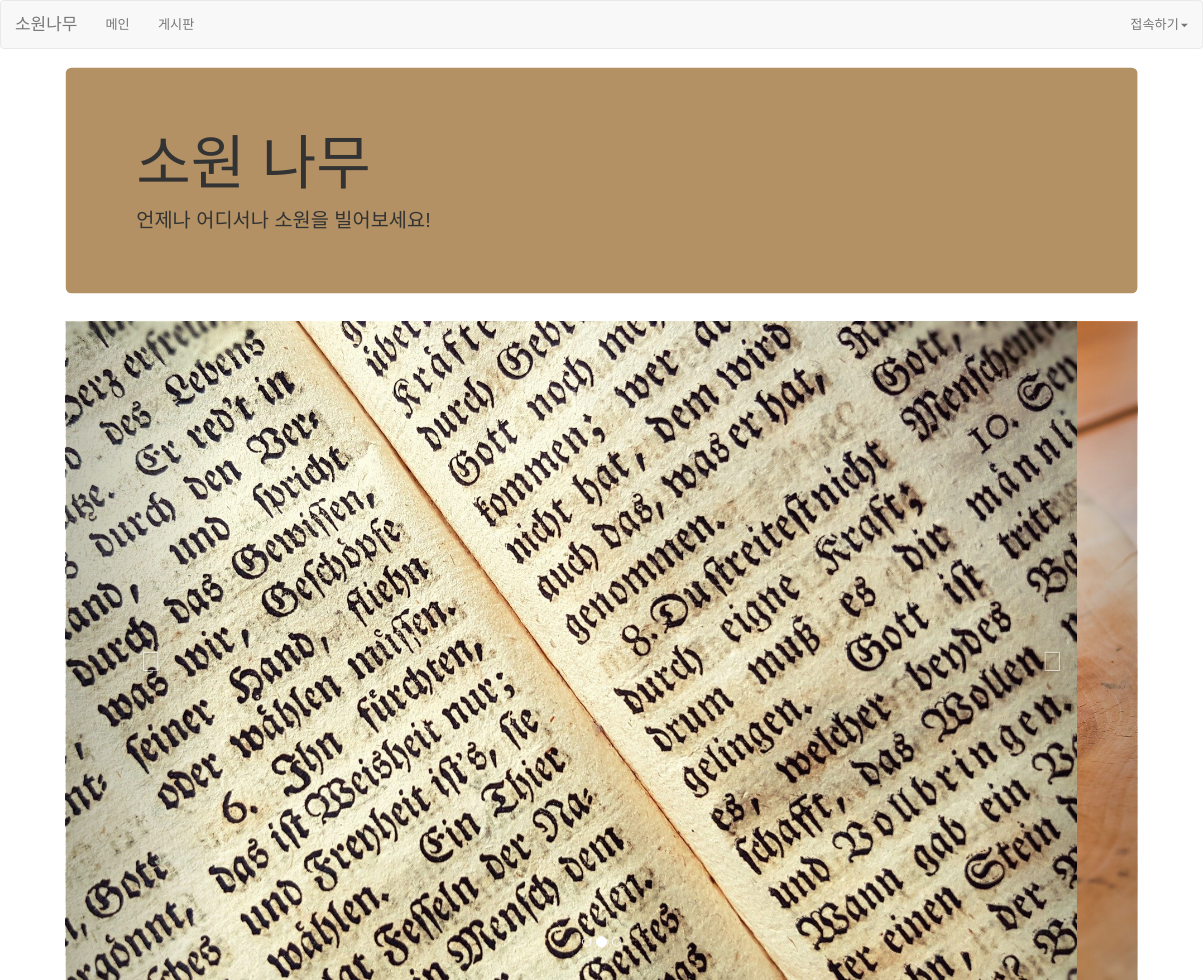
Repository: jongah/WishTree
Page: http://localhost/text/main.jsp
The author's editor kept a copy of each file at every save. The page is drawn from the files as they stood at one save, then again after the next save.
The browser window is 1280 px wide. The pictures show the whole page, at 94% of full size.
Some web fonts or font styles are not loaded; a fallback is used. Some web libraries are served in a nearby version. The page is served by Tomcat 9. Other server files are loaded and not shown.

Above is the page before, as saved 2021-05-05 14:43:21.

### text/WebContent/main.jsp
<%@ page language="java" contentType="text/html; charset=UTF-8"
	pageEncoding="UTF-8"%>
<!DOCTYPE html>
<html>
<head>
<meta charset="UTF-8">
<meta name="viewport" content="width=device-width" initial-scale="1" />
<link rel="stylesheet" href="css/bootstrap.css">
<link rel="stylesheet" href="css/custom.css">
<title>소원나무</title>
</head>
<body>
	<%
		String userID = null;
		// 로그인이 되어있으면 세션에 값이 있을 것이다.
		if (session.getAttribute("userID") != null) {
			userID = (String) session.getAttribute("userID");
		}
	%>
	<nav class="navbar navbar-default">
		<div class="navbar-header">
			<button type="button" class="navbar-toggle collapsed"
				data-toggle="collapse" data-target="#bs-example-navbar-collapse-1"
				aria-expanded="false">
				<span class="icon-bar"></span> <span class="icon-bar"></span> <span
					class="icon-bar"></span>
			</button>
			<a href="main.jsp" class="navbar-brand">소원나무</a>
		</div>
		<div class="collapse navbar-collapse"
			id="bs-example-navbar-collapse-1">
			<ul class="nav navbar-nav">
				<li><a href="main.jsp">메인</a></li>
				<li><a href="bbs.jsp">게시판</a></li>
			</ul>
			<%
				if (userID == null) {
			%>
			<ul class="nav navbar-nav navbar-right">
				<li class="dropdown"><a href="#" class="dropdown-toggle"
					data-toggle="dropdown" role="button" aria-haspopup="true"
					aria-expanded="false">접속하기<span class="caret"></span></a>
					<ul class="dropdown-menu">
						<li><a href="login.jsp">로그인</a></li>
						<li><a href="join.jsp">회원가입</a></li>
					</ul></li>
			</ul>
			<%
				} else {
			%>
			<ul class="nav navbar-nav navbar-right">
				<li class="dropdown"><a href="#" class="dropdown-toggle"
					data-toggle="dropdown" role="button" aria-haspopup="true"
					aria-expanded="false">회원관리<span class="caret"></span></a>
					<ul class="dropdown-menu">
						<li><a href="logoutAction.jsp">로그아웃</a></li>
					</ul></li>
			</ul>
			<%
				}
			%>
		</div>
	</nav>

	<div class="container">
		<div class="jumbotron">
			<div class="container">
				<h1>소원 나무</h1>
				<p>언제나 어디서나 소원을 빌어보세요!</p>
			</div>
		</div>
	</div>

	<div class="container">
		<div id="myCarousel" class="carousel slide" data-ride="carousel">
			<ol class="carousel-indicators">
				<li data-target="#myCarousel" data-slide-to="0" class="active"></li>
				<li data-target="#myCarousel" data-slide-to="1"></li>
				<li data-target="#myCarousel" data-slide-to="2"></li>
			</ol>
			<div class="carousel-inner">
				<div class="item active">
					<img src="images/book.jpg">
				</div>
				<div class="item">
					<img src="images/coffee.jpg">
				</div>
				<div class="item">
					<img src="images/letters.jpg">
				</div>
			</div>
			<a href="#myCarousel" class="left carousel-control" data-slide="prev">
				<span class="glyphicon-chevron-left"></span>
			</a>
			<a href="#myCarousel" class="right carousel-control" data-slide="next">
				<span class="glyphicon-chevron-right"></span>
			</a>
		</div>
	</div>


	<script src="https://code.jquery.com/jquery-3.1.1.min.js"></script>
	<script src="js/bootstrap.js"></script>
</body>
</html>

### text/WebContent/css/custom.css
@import url('https://fonts.googleapis.com/css2?family=Nanum+Gothic&display=swap');
@import url(//fonts.googleapis.com/earlyaccess/hanna.css);

*{
	font-family : 'Nanum Gothic', sans-serif;
}
h1{
	font-family : 'Hanna', sans-serif;
}
.jumbotron{
	background-color: #b39164;
}

Loaded but not shown: text/WebContent/css/bootstrap.css (library); text/WebContent/js/bootstrap.js (library)

After the next save:
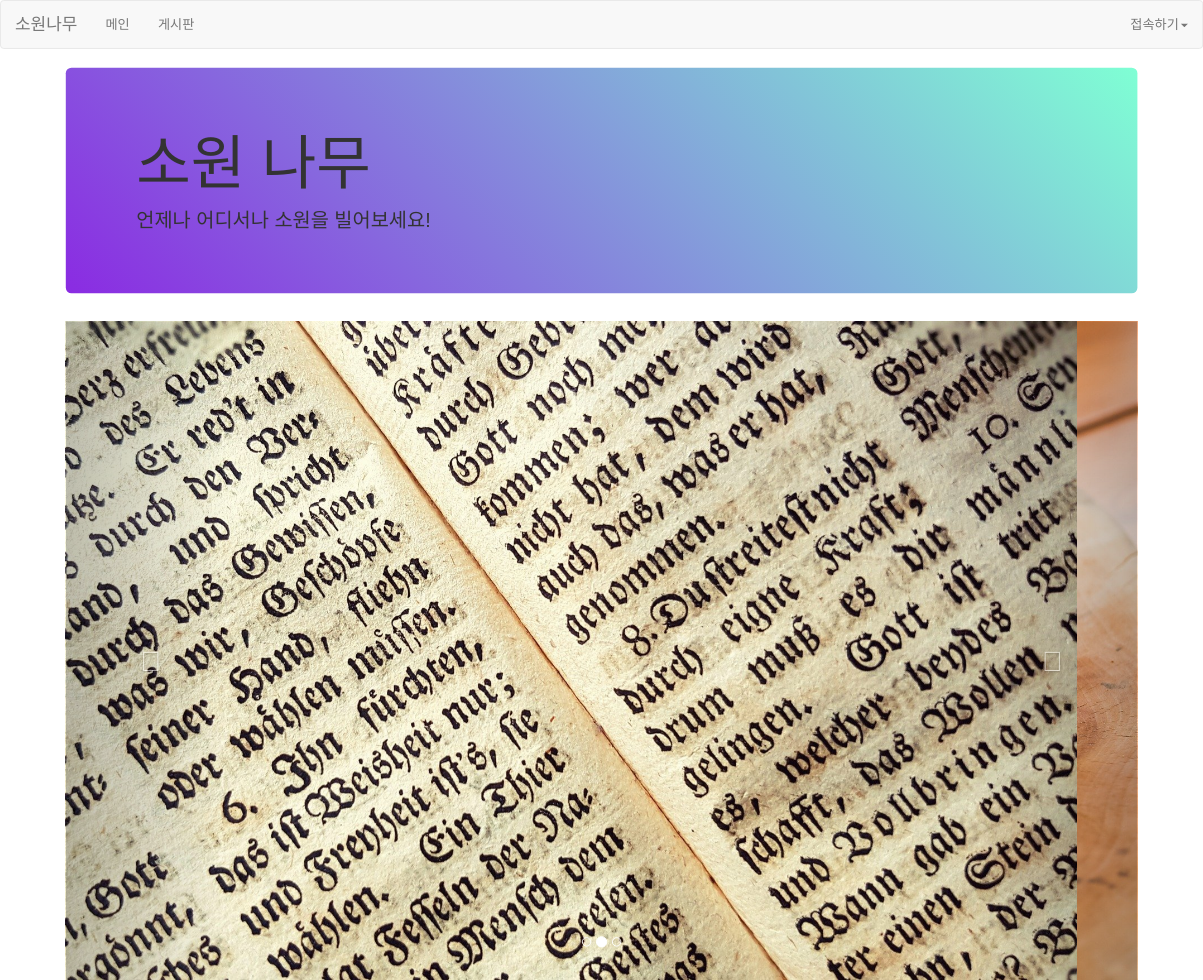
Saved 116 s later.
--- a/text/WebContent/css/custom.css
+++ b/text/WebContent/css/custom.css
@@ -8,5 +8,5 @@
 	font-family : 'Hanna', sans-serif;
 }
 .jumbotron{
-	background-color: #b39164;
+	background: linear-gradient(45deg, blueviolet, aquamarine);
 }
